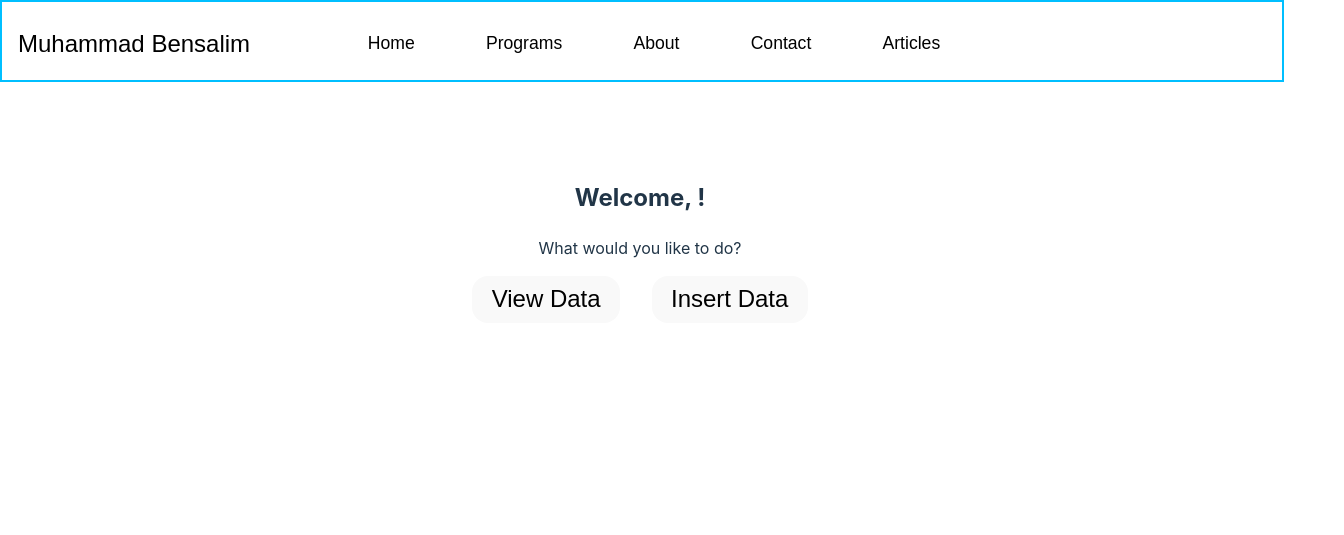
Repository: TMuse333/fitness_templates
Page: /progress
The author's editor kept a copy of each file at every save. The page is drawn from the files as they stood at one save, then again after a run of saves.
The browser window is 1280 px wide. The page is 1280 px wide, then 1344 px, so the pictures cover 1344 px, including what lies to the right of the window. The pictures show the whole page.
The project was rebuilt for these pictures with package versions that can differ from the ones it lists, and the page was loaded fresh each time. Also part of the build but not shown: vite.config.js, src/components/herobanner/herobanner.css, src/components/herobanner/herobanner.jsx, src/components/about/about.css, src/components/about/about.jsx, src/components/serviceOffering/serviceOffering.css, src/components/serviceOffering/serviceOffering.jsx, src/components/content/content.css and 38 more. Imported but missing from the stored project, and not drawn on this page: src/media/best_dunk.mp4.

Above is the page before, as saved 2024-03-14 18:32:20.

### src/main.jsx
import './index.css'
import * as React from 'react';
import { StrictMode } from 'react';
import { createRoot } from 'react-dom/client';
import { BrowserRouter } from 'react-router-dom';

import App from './App';
import { WorkoutProvider } from './context/context';

const rootElement = document.getElementById('root');
const root = createRoot(rootElement);

root.render(


  <WorkoutProvider>
  <StrictMode>
    <BrowserRouter>
      <App />
    </BrowserRouter>
  </StrictMode>
</WorkoutProvider>
);

### src/index.css
:root {
  font-family: Inter, system-ui, Avenir, Helvetica, Arial, sans-serif;
  line-height: 1.5;
  font-weight: 400;

  color-scheme: light dark;
  color: rgba(255, 255, 255, 0.87);
  background-color: #242424;

  font-synthesis: none;
  text-rendering: optimizeLegibility;
  -webkit-font-smoothing: antialiased;
  -moz-osx-font-smoothing: grayscale;
}

a {
  font-weight: 500;

  text-decoration: inherit;
}
a:hover {

}

body {
  margin: 0;
  display: flex;
  place-items: center;
  min-width: 320px;
  min-height: 100vh;
}

h1 {
  font-size: 3.2em;
  line-height: 1.1;
}

button {
/* border: none;
  padding: 0.6em 1.2em;
  font-size: 1em;
  font-weight: 500;
  font-family: inherit;

  cursor: pointer;
  transition: border-color 0.25s;
  transition: all 0.3s ease-in; */
  background-color: #00bfff;

  font-size: 1.5rem;
  border-radius: 1rem;
  padding: 0.6rem 1.2rem;
  font-weight: 500;
  border: none;
  margin: 0 auto;
}
button:hover {
  /* transform: scale(1.3); */

}
button:focus,
button:focus-visible {
  outline: 4px auto -webkit-focus-ring-color;
}

@media (prefers-color-scheme: light) {
  :root {
    color: #213547;
    background-color: #ffffff;
  }
  a:hover {
    color: #747bff;
  }
  button {
    background-color: #f9f9f9;
  }
}

### src/App.jsx
import { useState } from 'react'

import './App.css'
import Homepage from '../pages/homepage'
import Program from '../pages/program';
import { BrowserRouter as Router, Route, Routes } from 'react-router-dom';
import Contact from '../pages/contact';
import About from '../pages/about';
import Articles from '../pages/articles';
import Progress from '../pages/progress';
import { WorkoutProvider } from './context/context';


function App() {
  const [count, setCount] = useState(0)

  return (
    <>



    <Routes>
      <Route path='/'
        element={<Homepage/>}
        />
        <Route path='programs'
        element={<Program/>}
        />
        <Route path='contact'
        element={<Contact/>}
        />
        <Route path='about'
        element={<About/>}
        />
        <Route path='articles'
        element={<Articles/>}
        />
        <Route path='progress'
        element={<Progress/>}
        />
    </Routes>


    </>
  )
}

export default App

### src/context/context.jsx
// WorkoutContext.js

import React, { createContext, useContext, useState, useEffect } from 'react';
import { workoutData } from '../data/data';

const WorkoutContext = createContext();

export const WorkoutProvider = ({ children }) => {
    const [selectedDate, setSelectedDate] = useState(null);
    const [workouts, setWorkouts] = useState([]);
    const [selectedWeek, setSelectedWeek] = useState(null);

    const [weekSelected, setWeekSelected] = useState(false);
    const [dateSelected, setDateSelected] = useState(false);

    const [progressData, setProgressData] = useState([]);

    const [loggedIn, setLoggedIn ] = useState(false)

  const [viewData, setViewData] = useState(false)

  const [insertData, setInsertData] = useState(false)


    const [weeklyProgressSelected, setWeeklyProgressSelected] =
    useState(false)

    const handleReturnClick = () => {
        setSelectedDate(null); // Reset selected date
        // setWorkouts([]);
        setSelectedWeek(null); // Reset selected week
        setWeekSelected(false); // Reset week selection
        setDateSelected(false); // Reset date selection
        setProgressData(prevProgressData => {
            // Access previous state of progressData if needed
            console.log('Previous progressData:', prevProgressData);
            // Return the new state value (an empty array)
            return [];
        });


        setWeeklyProgressSelected(false); // Reset weekly progress selection

      };

    const handleProgressSelection = () => {
      if (!selectedDate) return;
        handleWeekSelection(); // Ensure weekSelected is set
        setWeeklyProgressSelected(true); // Set weeklyProgressSelected to true
      };

      useEffect(() => {
        if (weeklyProgressSelected && weekSelected) {
          const calculatedProgressData = calculateProgress();
          setProgressData(calculatedProgressData);
        }
      }, [weeklyProgressSelected, weekSelected]);


    const exerciseMap = new Map();

    useEffect(() => {
      // Fetch your workout data here
      // For now, using the provided workoutData as an example
      setWorkouts(workoutData);
    }, []);

    const handleDateChange = (date) => {
      setSelectedDate(date);
      // Perform any additional logic based on the selected date
    };

    const handleWeekSelection = () => {
      if (!selectedDate) return;
            setWeekSelected(true);
            setDateSelected(false);
            setSelectedWeek(getWeekNumber(selectedDate));


    };

    const handleDateSelection = () => {
      if (!selectedDate) return;
      setDateSelected(true);
      setWeekSelected(false);
    };

    const getWeekNumber = (date) => {




      // Calculate the ISO week number
      const currentDate = new Date(date);
      currentDate.setHours(0, 0, 0, 0);
      currentDate.setDate(currentDate.getDate() + 4 - (currentDate.getDay() || 7));
      const yearStart = new Date(currentDate.getFullYear(), 0, 1);
      const weekNumber = Math.ceil(((currentDate - yearStart) / 86400000 + 1) / 7);


      return weekNumber;
    };

    // Filter workouts based on the selected date or week
    const filteredWorkouts = workouts.filter((workout) => {
      if (dateSelected) {
        return workout.date && workout.date.toDateString() === selectedDate?.toDateString();
      } else if (weekSelected) {
        return getWeekNumber(workout.date) === selectedWeek;
      }
      return false;
    });


    const calculateProgress = () => {
        if ( weeklyProgressSelected && weekSelected) {
          // Iterate through workouts in the selected week
          const sortedWorkouts = filteredWorkouts.sort((a, b) => a.date - b.date);

          // Calculate progress for each exercise
          const progressData = [];

          sortedWorkouts.forEach((workout) => {
            workout.exercises.forEach((exercise) => {
              const { name } = exercise;

              // Check if the exercise already exists in progressData
              const existingExercise = progressData.find((item) => item.name === name);

              if (existingExercise) {
                // If the exercise exists, add the current workout data to it
                const totalWeight = calculateTotalWeight(exercise.sets);
                existingExercise.workouts.push({
                  date: workout.date,
                  sets: exercise.sets,
                  totalWeight,
                });
              } else {
                // If the exercise doesn't exist, create a new entry in progressData
                const totalWeight = calculateTotalWeight(exercise.sets);
                progressData.push({
                  name,
                  workouts: [
                    {
                      date: workout.date,
                      sets: exercise.sets,
                      totalWeight,
                    },
                  ],
                });
              }
            });
          });

          // Log the workout data for each exercise
          progressData.forEach((exercise) => {
            console.log(`Exercise Name: ${exercise.name}`);

            exercise.workouts.forEach((workout) => {
              console.log(`Workout Date: ${workout.date.toLocaleDateString()}`);
              console.log(`Total Weight: ${workout.totalWeight}`);

              // ... other logging logic for sets
            });
          });

          console.log('Progress Data:', progressData);

          return progressData;
        }

        return [];
      };


      const calculateTotalWeight = (sets) => {
        let totalWeight = 0;

        sets.forEach((set) => {
          const repsAsInt = parseInt(set.reps, 10);
          const weightAsInt = parseInt(set.weight, 10);
          totalWeight += repsAsInt * weightAsInt;
        });

        return totalWeight;
      };









    const value = {
        filteredWorkouts,
        handleWeekSelection,
        handleDateSelection,
        handleDateChange,
        selectedDate,
        handleProgressSelection,
        weeklyProgressSelected,
        calculateProgress,
        progressData,
        dateSelected,
        weekSelected,
        handleReturnClick,
        loggedIn,
        setLoggedIn,
        viewData,
        setViewData,
        insertData,
        setInsertData

    }


  // Additional functions or calculations related to workout data can be added here

  return (
    <WorkoutContext.Provider
      value={value}
    >
      {children}
    </WorkoutContext.Provider>
  );
};

export const useWorkout = () => {
  const context = useContext(WorkoutContext);

  if (!context) {
    throw new Error('useWorkout must be used within a WorkoutProvider');
  }

  return context;
};

### src/App.css
#root {
  max-width: 1280px;
  margin: 0 auto;
  padding: 2rem;
  text-align: center;
}

.logo {
  height: 6em;
  padding: 1.5em;
  will-change: filter;
  transition: filter 300ms;
}
.logo:hover {
  filter: drop-shadow(0 0 2em #646cffaa);
}
.logo.react:hover {
  filter: drop-shadow(0 0 2em #61dafbaa);
}

.homepage{
  position: absolute;
  left:0;
  top:0;
  overflow-x: hidden;
  background: radial-gradient(circle at center, rgba(1, 181, 241, 0.7), rgba(24, 60, 84, 0.7));
}

.program-container, .personal-container, .articles-container
{
  position: absolute;
  top:0;
  left:0;
  overflow-x: hidden;
}

.progress-container{
  position: absolute;
  left:0;
  top:0%;
  overflow-x: hidden;
  display: flex;
  justify-content: center;
  width:100vw;
  align-items: center;
}

.program-video{
  background-color: red;
}

.questions-list{
  margin-bottom: 3rem;
}



@keyframes logo-spin {
  from {
    transform: rotate(0deg);
  }
  to {
    transform: rotate(360deg);
  }
}

@media (prefers-reduced-motion: no-preference) {
  a:nth-of-type(2) .logo {
    animation: logo-spin infinite 20s linear;
  }
}

.card {
  padding: 2em;
}

.read-the-docs {
  color: #888;
}

### pages/progress.jsx
import React, {useEffect}from "react";
import Navbar from "../src/components/navbar/navbar";
import Login from "../src/components/login/Login";
import Footer from "../src/components/footer/footer";
import Tracker from "../src/components/tracker/tracker";
import { useWorkout } from "../src/context/context";
import InsertData from "../src/components/insertData/insertData";
import { workoutData } from "../src/data/data";
import ExerciseDisplay from "../src/components/exerciseDisplay/ExerciseDisplay";


const Progress = () => {

    const links = [
        {
            dest:'/',
            name:'Home'
          },
        {
            dest:'/programs',
            name:'Programs'
        },
        {
            dest:'/about',
            name:'About'
        },
        {
            dest:'/contact',
            name:'Contact'
        },
        {
            dest:'/articles',
            name:"Articles"
        },

    ]

    const {loggedIn,setLoggedIn,viewData,insertData} =
    useWorkout()

    useEffect(() => {
        // Reset loggedIn to false when the component mounts
        setLoggedIn(false);
      }, []); // Empty dependency array ensures this effect runs only once



    return (
    <>
<Navbar links={links}
/>
<div className="progress-container"
>


       {/* <Login/> */}



       {/* <ExerciseDisplay
       workoutData={workoutData}
       /> */}



   {viewData ? (
    <Tracker/>
   ) : insertData ? (
   <InsertData/>
   ) : <Login/>}





       </div>

        </>

    )
}


export default Progress

### src/components/navbar/navbar.jsx
import React, { useState,useEffect } from 'react';
// import { FaArrowLeft, FaArrowRight } from 'react-icons/fa';
import { Link } from 'react-router-dom';
import './navbar.css'

import nobg from '../../media/quantum-striker-pose.png'





const Navbar = ({links,id}) => {
  const [subMenuVisible, setSubMenuVisible] = useState(false);
  const [isMobile, setIsMobile] = useState(true)
  const [hovered, setHovered] = useState(false)
  const [navHovered, setNavHovered] = useState(null)

  const handleMouseEnter = () => {
    setHovered(true)
  }

  const handleMouseLeave = () => {
    setHovered(false)
  }

  const handleNavEnter = (index) => {
    setNavHovered(index);
  };

  const handleNavLeave = () => {
    setNavHovered(null);
  };

  const toggleSubMenu = () => {

    setSubMenuVisible(!subMenuVisible);
  };


  useEffect(() => {
    // Function to update sub-menu visibility when the screen width changes
    const handleResize = () => {
      const screenWidth = window.innerWidth;
      setIsMobile(!(screenWidth >= 865)); // Set subMenuVisible to true if screen width is at least 415 pixels
    };

    // Add a resize event listener to update the sub-menu visibility
    window.addEventListener('resize', handleResize);

    // Initial call to set sub-menu visibility based on current screen width
    handleResize();

    // Clean up the event listener when the component unmounts
    return () => {
      window.removeEventListener('resize', handleResize);
    };
  }, []);

  const style = {
height: isMobile && !subMenuVisible ? '0px' :  isMobile ? '240px' : 'auto',
overflowY:'hidden',
width: isMobile ?'80px':'auto',
backgroundImage: isMobile ? 'linear-gradient(to right, #00bfff, #4db8ff, #64bcff, #00bfff)' : null,
transition: isMobile? 'height 0.3s ease-in,padding 0.3s ease-in' : null,
marginTop: isMobile ? '1rem' : null,
borderRadius:'10px',
paddingTop:subMenuVisible ?'1rem' : '0'



  };

  const navStyle = (index) => {

    return{
      backgroundColor: navHovered === index? '#00bfff' : null,
      padding:'0 0.55rem 0 0.55rem',
      borderRadius:'7px',
      // color:navHovered === index? '#6c5933' : null,
    }
  }

  const logoStyle = {
    transform: hovered || subMenuVisible? 'scale(1.3)' : 'scale(1)',
    width:'50px',
    transition:'all ease-in 0.3s',
    backgroundColor:'transparent',
    marginTop:'-1rem'
  }

  return (

    <div className='navbar-container'
    id={id}>
    <p
          className='big-logo'
          style={logoStyle}
          />
    <div className='navbar-logo'>

   <Link to='/'
   className='home-nav'>


        <p className='navbar-logo'
      >Muhammad Bensalim</p>
       </Link>

      </div>




      <div className='list-container'>
        <button onClick={toggleSubMenu}

        className='mini-logo'

        >



       <img style={logoStyle}
       onMouseEnter={handleMouseEnter}
       onMouseLeave={handleMouseLeave}
       src={nobg}

 />
        </button>
        <ul
        className='nav-list'
        style={style}

         >

          {links.map((link,index) => (
            <Link to={link.dest}
            key={index}
            className='nav-link'>
                <li
                onMouseEnter={()=>handleNavEnter(index)}
                onMouseLeave={()=>handleNavLeave()}
                style={navStyle(index)}>
                  {link.name}
                </li>
            </Link>
          ))}

        </ul>
      </div>




       </div>

  );
};

export default Navbar;

### src/components/login/Login.jsx
import React, { useState } from "react";
import { useWorkout } from "../../context/context";
import Footer from "../footer/footer";
import "./login.css";

const Login = () => {
  const { loggedIn, setLoggedIn,
setViewData, setInsertData } = useWorkout();

  const [username, setUsername] = useState("");
  const [password, setPassword] = useState("");
  const [error, setError] = useState("");
  const [rememberMe, setRememberMe] = useState(false);
  const [showOptions, setShowOptions] = useState(true);

  const handleSubmit = (event) => {
    event.preventDefault();

    // Check if the entered credentials match the correct ones
    if (username === credentials.username && password === credentials.password) {
      setLoggedIn(true);
      setError("");
      setShowOptions(true); // Show options after successful login
    } else {
      // Display error message for unrecognized username or incorrect password
      setError("Invalid username or password");
    }
  };

  const handleViewData = () => {
    setViewData(true)
    // Handle action for viewing data
    console.log("View data clicked");
  };

  const handleInsertData = () => {
    setInsertData(true)
    // Handle action for inserting data
    console.log("Insert data clicked");
  };

  const credentials = {
    username: "tom",
    password: "realOne33",
  };

  return (
    <>

{!showOptions ? (



      <div className="login-container">
        <h2>Log in</h2>
        <div className="login-box">
          <form onSubmit={handleSubmit}>
            <div className="form-group">
              <input
                type="text"
                id="username"
                name="username"
                placeholder="Username"
                value={username}
                onChange={(e) => setUsername(e.target.value)}
              />
            </div>

            <div className="form-group">
              <input
                type="password"
                id="password"
                name="password"
                placeholder="Password"
                value={password}
                onChange={(e) => setPassword(e.target.value)}
              />
            </div>

            {error && <p className="error-message">{error}</p>}

            <div className="remember-me">
              <label>
                <input type="checkbox" />
                Remember me
              </label>
            </div>

            <button className="login-button" type="submit">
              Log in
            </button>
          </form>
        </div>
        <p>New user? Click here</p>
        <p>Forgot password? Click here</p>
      </div>

) : (
    <div className="tracker-options-container">
      <h2>Welcome, {username}!</h2>
      <p>What would you like to do?</p>

      <button style={{
        marginRight:'1rem'
      }}
      onClick={handleViewData}>View Data</button>
      <button style={{
        marginLeft:'1rem'
      }}
       onClick={handleInsertData}>Insert Data</button>
    </div>
  )
}


    </>
  );
};

export default Login;

### src/components/navbar/navbar.css
/* Add this to your navbar.css file */

.navbar-container{


    position: fixed;
     width: 100vw;

     top: 0px;
     left:0px;
     background:rgba(255, 255, 255, 0.7) ;

     height: 70px;
     z-index: 30;
  padding-top: 0.5rem;
  border-bottom: 2px solid #333;

    border: 2px solid #00bfff;

   }

   #overview-nav{
    background: radial-gradient(circle at center, rgba(0, 153, 205, 0.7), rgba(48, 115, 160, 0.9));
   }

   .big-logo{
     display: none;
   }

   .list-container {
    color:white;
    transform: translateY(-2.5rem);
    width:min-content;
    margin-left: auto;
    /* background-color: #BE9F5B; */
    margin-right: 2rem;
  /* background: linear-gradient(to right, #6c5933, #be9f5b, #6c5933);; */



   }

   .nav-list{
     /* margin-right: 2rem; */
     width: 50px;
     align-items: center;
     display:flex;
     flex-direction: column;
     margin-right: -1.5rem;
     color:black;
     /* background-color: #BE9F5B;
     background: linear-gradient(to right, #6c5933, #be9f5b, #6c5933); */
   }

   .home-nav{
    text-decoration: none;
   }

   .list-container li{
     list-style-type: none;
     /* transform: translateX(-25%); */
     padding:10px;
     color:black;
     font-weight: 500;
     transform: translateX(-1rem);
     font-family: 'Palatino Sans', 'Palatino Sans Informal', 'Palatino Sans Text', 'Palatino Sans W1G', 'Palatino Sans W01', sans-serif;
    text-decoration: none;
    margin-top: 0.5rem;
    margin-bottom: 1rem;
    /* color:white; */



     /* margin-top: -2rem; */

   }

   .list-container li a {
    text-decoration: none;
    color:white;
   }

   .mini-logo {
     display: flex;
     justify-content: center;
     align-items: center;
     margin-top: -1rem;
     height: 2.5rem;
     width: 2rem; /* Set the width and height to make it a perfect circle */
     padding: 0; /* Remove padding */
     border-radius: 50%; /* Make it circular */
     margin-left: auto;

     /* margin-right: auto; */
     background-color: transparent;
     border-color: transparent;



   }

   .navbar-logo{
     color:black;
     text-align: left;
     margin-left: 0.5rem;
     font-family: 'Abhaya Libre', sans-serif;
     font-size: 1.3rem;
     margin-top: 1.3rem;
     /* background-color: #BE9F5B; */
     /* background-image: url(src/media/SAINEY-MEDIA.png); */

   }

   .nav-button::before,
   .nav-button::after {
     content: '';
     position: absolute;
     background-color: #d15959; /* Set the color of the lines */
     height: 2px; /* Set the height of the lines */
     width: 10%; /* Set the width of the lines */
   }

   .nav-button::before {
     top: 5%;
   }

   .nav-button::after {
     top: 8%;
   }

  .nav-link{
  text-decoration: none;
  color:white;
  }

  @media screen and (min-width:400px){
    .mini-logo{
      margin-right: 1.5rem;
    }
  }



   @media screen and (min-width: 865px)  {
     .nav-list {
       display: flex;
       width:max-content;
       flex-direction: row;
       justify-content: space-between;
       padding:0 5px 0 5px;
       margin-top: -0.8rem;
       height:100%;
       /* transform: translateX(1rem); */
       /* background-color: rgb(38, 37, 79); */
       /* background-color: #d15959; */




       /* background-color: ; */
     }

     /* .navbar-container{
      width:98vw;
     } */

     .list-container{
      width:45vw;
      margin-top: -1.5rem;
     }

     .list-container li{
      font-size: 1.1rem;
      font-weight: 400;
     }



     .nav-button{
       /* display: none; */
     }

     .list-container li{
       transform: translateX(0rem);
       white-space: nowrap;
       padding:0;
     }

     .list-container{

       margin-left: auto;
       margin-right: auto;
     }

     .mini-logo{
       display: none;
     }

     .navbar-logo{
      font-size: 1.5rem;
      margin-top: 1rem;
     }

     .big-logo{
       position: absolute;
       right:2rem;
       display: flex;
       top:1rem;
     }

     /* .navbar-logo{
       display: none;
     } */
   }

### src/components/login/login.css
.login-box{
    background-color: #00bfff;
    padding:2rem;
    width:90vw;
    margin:0 auto;
    max-width: 600px;

}

.login-box input{
    padding:1rem;
    margin-bottom: 1rem;
    border-radius: 1rem;
    border: 2px solid black;

}

.login-button{
    background-color: black;
    margin: 0 auto;
    padding: 1;
    /* margin-top: 1rem; */
    transition: all 0.3s ease-out;
}

.login-button:hover{
    border: 2px solid white;
    transform: scale(1.2);
}

.login-box input::placeholder {
    /* Style the placeholder text here */
    color: white;
    opacity: 1; /* You can adjust the opacity if needed */
    font-size: 1rem;
  }

.login-container{
    width:100vw;
    display: flex;
    flex-direction: column;
    justify-content: center;
    align-items: center;


}

.tracker-options-container{
    margin: 0 auto;
    width: 100vw;
    margin-top: 10rem;
}

.tracker-options-container button:first-child{
    margin-right: 2rem;
    color:red;
}

Loaded but not shown: index.html (common file); src/data/data.js (487 lines, source omitted)

After the next 5 saves:
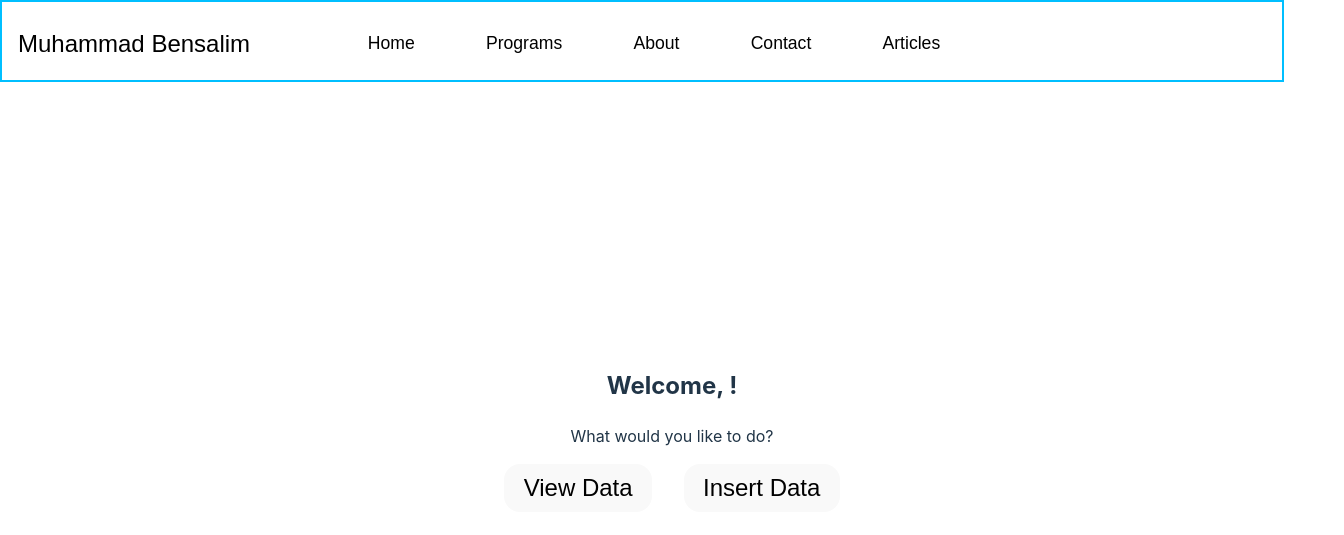
The 5 saves are shown as one change because they came seconds apart.
The last was saved 19 s later.
--- a/src/App.css
+++ b/src/App.css
@@ -35,14 +35,8 @@
 }
 
 .progress-container{
-  position: absolute;
-  left:0;
-  top:0%;
-  overflow-x: hidden;
-  display: flex;
-  justify-content: center;
-  width:100vw;
-  align-items: center;
+
+
 }
 
 .program-video{
